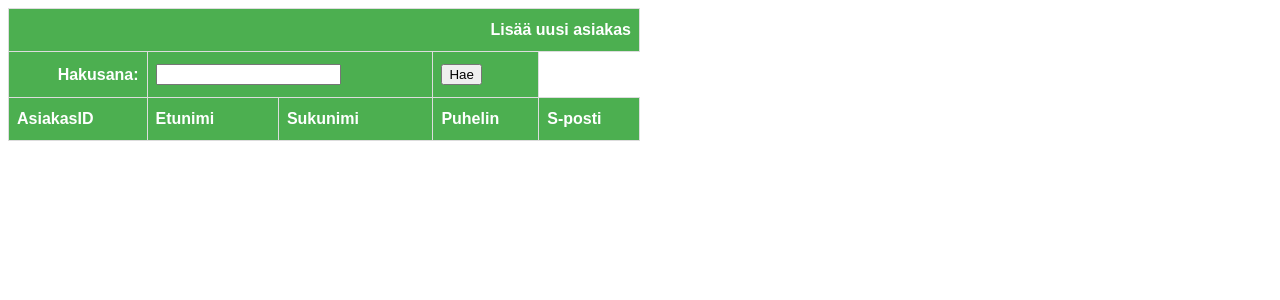
Repository: Lateh13/Asiakkaat
Page: http://localhost/Asiakkaat/listaaasiakkaat.jsp
An editor plug-in stored every save of this project. The page is shown before and after the next save, followed by the edit.
The browser window is 1280 px wide. The pictures show the whole page.
The page is served by Tomcat 9. Other server files are loaded and not shown. Queries for data that is not in the repository find no rows.

Above is the page before, as saved 2020-04-29 16:40:07.

### Asiakkaat/WebContent/listaaasiakkaat.jsp
<%@ page language="java" contentType="text/html; charset=ISO-8859-1"
    pageEncoding="ISO-8859-1"%>
<!DOCTYPE html>
<html>
<head>
<meta charset="ISO-8859-1">
<script src="https://ajax.googleapis.com/ajax/libs/jquery/3.4.1/jquery.min.js"></script>
<link rel="stylesheet" type="text/css" href="css/main.css">
<title>Asiakkaat</title>
</head>
<body>
<table id="listaus">
	<thead>
		<tr>
			<th colspan="5" class="oikealle"><span id="uusiAsiakas">Lisää uusi asiakas</span></th>
		</tr>
		<tr>
			<th class="oikealle">Hakusana:</th>
			<th colspan="2"><input type="text" name="haku" id="haettava" size="20"></th>
			<th><input type="submit" value="Hae" id="hakunappi"></th>
		</tr>
  		<tr>
  			<th>AsiakasID</th>
	    	<th>Etunimi</th>
	    	<th>Sukunimi</th>
	    	<th>Puhelin</th>
	   		<th>S-posti</th>
	   	</tr>
	</thead>
	<tbody>
	</tbody>
</table>
<script>
$(document).ready(function() {
	haeAsiakkaat();

	$("#uusiAsiakas").click(function() {
		document.location="lisaaasiakas.jsp";
	});

	$("#hakunappi").click(function() {
		haeAsiakkaat();

	});
	$(document.body).on("keydown", function(event) {
		if(event.which == 13) {
			haeAsiakkaat();
		}
	});
});

function haeAsiakkaat() {
	$("#listaus tbody").empty();
	$.ajax({url:"asiakkaat/"+$("#haettava").val(), type:"GET", dataType:"json", success:function(result) {
		$.each(result.asiakkaat, function(i, field) {
			var htmlStr;
			htmlStr+="<tr>";
			htmlStr+="<td>"+field.id+"</td>";
			htmlStr+="<td>"+field.etunimi+"</td>";
			htmlStr+="<td>"+field.sukunimi+"</td>";
			htmlStr+="<td>"+field.puhelin+"</td>";
			htmlStr+="<td>"+field.sposti+"</td>";
			htmlStr+="</tr>";
			$("#listaus tbody").append(htmlStr);
		});
	}});
};

</script>
</body>
</html>

### Asiakkaat/WebContent/css/main.css
@charset "ISO-8859-1";
table {
	border-collapse: collapse;
	width: 50%;
	font-family: Arial, Helvetica, sans-serif;
}

table td, table th {
  border: 1px solid #ddd;
  padding: 8px;
}

table tbody tr:nth-child(even){
	background-color: #f2f2f2;
}

table tbody tr:hover {
	background-color: #ddd;
}

table th {
  padding-top: 12px;
  padding-bottom: 12px;
  text-align: left;
  background-color: #4CAF50;
  color: white;
}

.oikealle{
	text-align: right;
}

#uusiAsiakas, #takaisin{
	color: white;
	cursor: pointer;
}

### Asiakkaat/src/control/Asiakkaat.java
package control;

import java.io.IOException;
import java.io.PrintWriter;
import java.util.ArrayList;
import javax.servlet.ServletException;
import javax.servlet.annotation.WebServlet;
import javax.servlet.http.HttpServlet;
import javax.servlet.http.HttpServletRequest;
import javax.servlet.http.HttpServletResponse;
import model.Asiakas;
import model.dao.Dao;
import org.json.JSONObject;


@WebServlet("/asiakkaat/*")
public class Asiakkaat extends HttpServlet {
	private static final long serialVersionUID = 1L;

    public Asiakkaat() {
        super();
        System.out.println("Asiakkaat.Asiakkaat()");
    }

	protected void doGet(HttpServletRequest request, HttpServletResponse response) throws ServletException, IOException {
		System.out.println("Asiakkaat.doGet()");
		String pathInfo = request.getPathInfo();
		String hakusana = pathInfo.replace("/", "");
		Dao dao = new Dao();
		ArrayList<Asiakas> asiakkaat = dao.listaaKaikki(hakusana);
		System.out.println(asiakkaat);
		String strJSON = new JSONObject().put("asiakkaat", asiakkaat).toString();
		response.setContentType("application/json");
		PrintWriter out = response.getWriter();
		out.println(strJSON);
	}

	protected void doPost(HttpServletRequest request, HttpServletResponse response) throws ServletException, IOException {
		System.out.println("Asiakkaat.doPost()");
		JSONObject jsonObj = new JsonStrToObj().convert(request);
		Asiakas asiakas = new Asiakas();
		asiakas.setEtunimi(jsonObj.getString("etunimi"));
		asiakas.setSukunimi(jsonObj.getString("sukunimi"));
		asiakas.setPuhelin(jsonObj.getString("puhelin"));
		asiakas.setSposti(jsonObj.getString("sposti"));
		response.setContentType("application/json");
		PrintWriter out = response.getWriter();
		Dao dao = new Dao();
		if (dao.lisaaAsiakas(asiakas)) {
			out.println("{\"response\":1}");
		} else {
			out.println("{\"response\":0}");
		}
	}

	protected void doPut(HttpServletRequest request, HttpServletResponse response) throws ServletException, IOException {
		System.out.println("Asiakkaat.doPut()");
	}

	protected void doDelete(HttpServletRequest request, HttpServletResponse response) throws ServletException, IOException {
		System.out.println("Asiakkaat.do()");
	}
}

### Asiakkaat/src/model/dao/Dao.java
package model.dao;

import java.sql.Connection;
import java.sql.DriverManager;
import java.sql.PreparedStatement;
import java.sql.ResultSet;
import java.util.ArrayList;
import model.Asiakas;

public class Dao {
	private Connection connection = null;
	private ResultSet rs = null;
	private PreparedStatement stmtPrep = null;
	private String sql;
	private String db = "Myynti.sqlite";

	private Connection yhdista() {
		Connection connection = null;
		String path = System.getProperty("catalina.base");
		path += "/webapps/";
		String url = "jdbc:sqlite:" + path + db;
		try {
			Class.forName("org.sqlite.JDBC");
			connection = DriverManager.getConnection(url);
			System.out.println("Yhteys avattu.");
		} catch (Exception e) {
			System.out.println("Yhteyden avaaminen epäonnistui.");
			e.printStackTrace();
		}
		return connection;
	}

	public ArrayList<Asiakas> listaaKaikki() {
		ArrayList<Asiakas> asiakkaat = new ArrayList<Asiakas>();
		sql = "SELECT * FROM asiakkaat";
		try {
			connection = yhdista();
			if (connection != null) {
				stmtPrep = connection.prepareStatement(sql);
				rs = stmtPrep.executeQuery();
				if (rs != null) {
					while(rs.next()) {
						Asiakas asiakas = new Asiakas();
						asiakas.setId(rs.getInt(1));
						asiakas.setEtunimi(rs.getString(2));
						asiakas.setSukunimi(rs.getString(3));
						asiakas.setPuhelin(rs.getString(4));
						asiakas.setSposti(rs.getString(5));
						asiakkaat.add(asiakas);
					}
				}
			}
			connection.close();
		} catch (Exception e) {
			e.printStackTrace();
		}
		return asiakkaat;
	}

	public ArrayList<Asiakas> listaaKaikki(String haku) {
		ArrayList<Asiakas> asiakkaat = new ArrayList<Asiakas>();
		sql = "SELECT * FROM asiakkaat WHERE etunimi LIKE ? OR sukunimi LIKE ? OR puhelin LIKE ? or sposti LIKE ?";
		try {
			connection = yhdista();
			if (connection != null) {
				stmtPrep = connection.prepareStatement(sql);
				stmtPrep.setString(1, "%" + haku +"%");
				stmtPrep.setString(2, "%" + haku +"%");
				stmtPrep.setString(3, "%" + haku +"%");
				stmtPrep.setString(4, "%" + haku +"%");
				rs = stmtPrep.executeQuery();
				if (rs != null) {
					while(rs.next()) {
						Asiakas asiakas = new Asiakas();
						asiakas.setId(rs.getInt(1));
						asiakas.setEtunimi(rs.getString(2));
						asiakas.setSukunimi(rs.getString(3));
						asiakas.setPuhelin(rs.getString(4));
						asiakas.setSposti(rs.getString(5));
						asiakkaat.add(asiakas);
					}
				}
			}
			connection.close();
		} catch (Exception e) {
			e.printStackTrace();
		}
		return asiakkaat;
	}

	public boolean lisaaAsiakas(Asiakas asiakas) {
		boolean paluuArvo = true;
		sql = "INSERT INTO asiakkaat(etunimi,sukunimi,puhelin,sposti) VALUES(?,?,?,?)";
		try {
			connection = yhdista();
			stmtPrep = connection.prepareStatement(sql);
			stmtPrep.setString(1, asiakas.getEtunimi());
			stmtPrep.setString(2, asiakas.getSukunimi());
			stmtPrep.setString(3, asiakas.getPuhelin());
			stmtPrep.setString(4, asiakas.getSposti());
			stmtPrep.executeUpdate();
			connection.close();
		} catch (Exception e) {
			e.printStackTrace();
			paluuArvo = false;
		}
		return paluuArvo;
	}

}

After the next save:
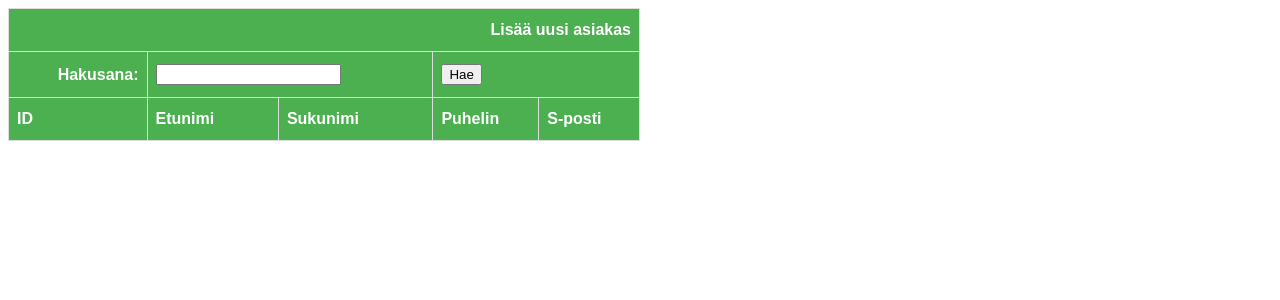
Saved 68 s later.
--- a/Asiakkaat/WebContent/listaaasiakkaat.jsp
+++ b/Asiakkaat/WebContent/listaaasiakkaat.jsp
@@ -17,10 +17,10 @@
 		<tr>
 			<th class="oikealle">Hakusana:</th>
 			<th colspan="2"><input type="text" name="haku" id="haettava" size="20"></th>
-			<th><input type="submit" value="Hae" id="hakunappi"></th>
+			<th colspan="2"><input type="submit" value="Hae" id="hakunappi"></th>
 		</tr>
   		<tr>
-  			<th>AsiakasID</th>
+  			<th>ID</th>
 	    	<th>Etunimi</th>
 	    	<th>Sukunimi</th>
 	    	<th>Puhelin</th>
